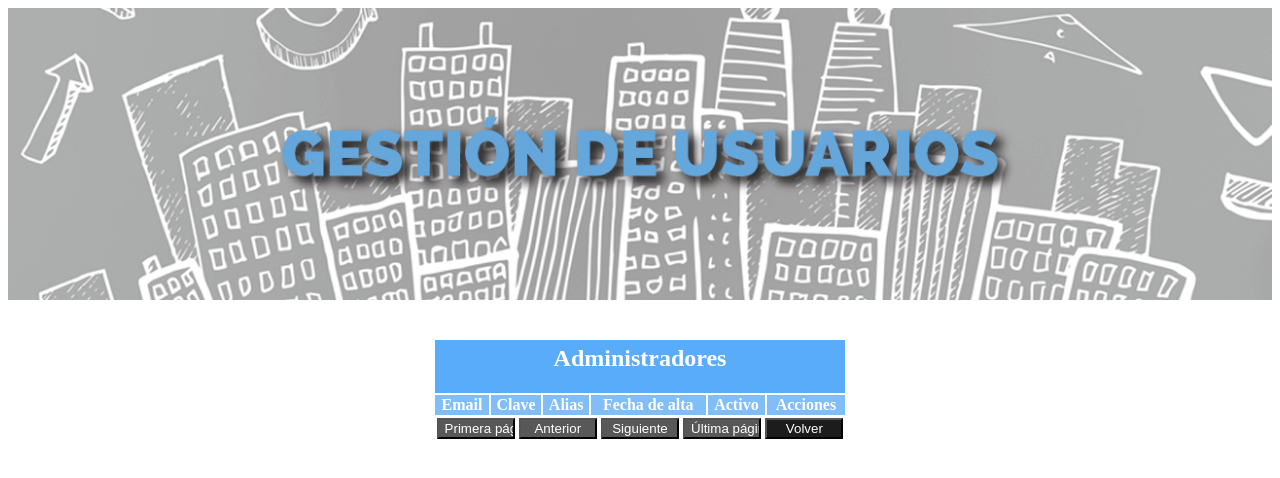
Repository: maguria/usuariosmj
Page: http://localhost/usuario/administradores.php?page=1
The author's editor kept a record of every edit. The page is drawn from the files as they stood at one moment, then again after the next edit.
The browser window is 1280 px wide. The pictures show the whole page.
The page is run by PHP 8.4 with error messages shown; the project is at /var/www/html/. Queries for data that is not in the repository find no rows.

Above is the page before.

### usuario/administradores.php
<?php
    require '../clases/AutoCarga.php';
    $sesion=new Session();
    $bd = new Database();
    $gestor=new ManageUsuario($bd);
    $page=  Request::get('page');
    if($page===null || $page===""){
        $page=1;
    }
    $registros=$gestor->count();

    $paginas=ceil($registros /  Contants::NRPP);

    $usuarios=$gestor->getListAdministrador($page);
    $usu=new Usuario();
    $a=Request::get('a');
?>
<html>
    <head>
        <meta charset="UTF-8">
        <link rel="stylesheet" href="../css/main.css"/>
        <title></title>
    </head>
    <body>
        <div class="index">
        <div class="fondo"><img src="../images/fondo.png"/></div>
        <div class="englobaadmin">
            <div class="tabla">
          <table>
                        <th colspan="9" class="th">
                            <h2 class="blanco">Administradores</h2>
                        </th>
                        <tr>
                        <th class="thdos">Email</th>
                        <th class="thdos">Clave</th>
                        <th class="thdos">Alias</th>
                        <th class="thdos">Fecha de alta</th>
                        <th class="thdos">Activo</th>
                        <th colspan="4" class="thdos">Acciones</th>

                        <?php
                            foreach ($usuarios as $indice => $usuario) {

                        ?>
                            <tr>
                                <td>
                                    <?php echo $usuario->getEmail()?>
                                </td>
                                <td>
                                    <?php echo $usuario->getClave(); ?>
                                </td>
                                <td>
                                    <?php echo $usuario->getAlias(); ?>
                                </td>
                                <td>
                                    <?php echo $usuario->getfechaAlta(); ?>
                                </td>
                                <td>
                                    <?php echo $usuario->getActivo(); ?>
                                </td>
                                <td>
                                    <?php echo "<a  href='phpactivausuario.php?email={$usuario->getEmail()}'><input type='button' name='activar' value='Activar' class='botonazul'></a>"; ?>
                                </td>
                                <td>
                                    <?php echo "<a  href='phpdesactivausuario.php?email={$usuario->getEmail()}'><input type='button' name='desactivar' value='Desactivar' class='botonazul'></a>"; ?>
                                </td>
                                <td>
                                    <?php echo "<a  href='phpactivapersonal.php?email={$usuario->getEmail()}'><input type='button' name='activapersonal' value='Personal' class='botonazul'></a>"; ?>
                                </td>


                            </tr>
                            <?php
                        }
                        ?>
                                <tr>
                                    <td colspan="8" class="pagina">
                                        <a href='?page=1'>
                                            <input type="button" name="primera" value="Primera página" class="page" />
                                        </a>
                                        <a href="?page=<?php echo max(1, $page-1); ?>">
                                            <input type="button" name="anterior" value="Anterior" class="page"  />
                                        </a>
                                        <a href="?page=<?php echo min($page+1,$paginas); ?>">
                                            <input type="button" name="siguiente" value="Siguiente" class="page"  />
                                        </a>
                                        <a href="?page=<?php echo $paginas; ?>">
                                            <input type="button" name="ultima" value="Última página" class="page" />
                                        </a>
                                        <a href="pagadministrador.php" class="volver2"><input type="button" name="volver" value="Volver" class="page pagedos" /></a>
                                    </td>
                                </tr>

                    </table>
                    </div>
            </div>
          </div>
    </body>
</html>
<?php
$bd->close();
?>

### clases/AutoCarga.php
<?php


class AutoCarga {

 static public function cargar($clase) {
 $archivo = "../clases/" . str_replace('\\', '/', $clase) . ".php";
 if (file_exists($archivo)) {
 require $archivo;
 }

 }
}
 spl_autoload_register('AutoCarga::cargar');




?>

### clases/Session.php
<?php
class Session {
    private static $iniciada = false;
    function __construct($nombre = null) {
        if (!self::$iniciada){
            if($nombre!=null){
                session_name($nombre);
            }
            session_start();
            //$this->_control();
        }
        self::$iniciada = true;
    }
    private function _control() {
        $ip = $this->get('_ip');
        $cliente = $this->get('_cliente');
        if ($ip == null && $cliente == null) {
            $this->set('_ip', Server::getClientAddress());
            $this->set('_cliente', Server::getUserAgent());
        } else {
            if ($ip != Server::getClientAddress() || $cliente != Server::getUserAgent()) {
                $this->destroy();
            }
        }
    }

    function isLogged(){
        return $this->getUser()!=null;
    }
    function get($nombre) {
        if (isset($_SESSION[$nombre])) {
            return $_SESSION[$nombre];
        }
        return null;
    }

    function getUser(){
        return $this->get("_usuario");
    }
    function set($nombre, $valor) {
        $_SESSION[$nombre] = $valor;
    }
    function setUser(Usuario $usuario){
        $this->set("_usuario", $usuario);
    }

    function delete($nombre) {
        if (isset($_SESSION[$nombre])) {
            unset($_SESSION[$nombre]);
        }
    }
    function destroy() {
        session_destroy();
    }
    //El segundo parametro nos manda al sitio y hacemos un exit
    function sendRedirect($destino = "index.php", $final = true){
        header("Location: $destino");
        if($final ===true){
            exit();
        }
    }
    function getPacienteSas(){
        $this->get("_paciente");
    }
    function setPacienteSas(PacienteSas $pacienteSas){
        $this->set("_pacienteSas",$pacienteSas);
    }


}

### clases/Database.php
<?php

/*
 Metodos:
 Constructor;
 SentenciaSql/query/insert/update/delete;
 Cerrar;
 getCount;
 getID;
 getRow;
 */

class Database {
    private $conexion, $consulta;

    function __construct() {
        try {
    $this->conexion = new PDO(
            'mysql:host=' . Contants::SERVER . ';' .
            'dbname=' . Contants::DATABASE, Contants::DBUSER,  Contants::DBPASS, array(
        PDO::ATTR_PERSISTENT => true,
        PDO::MYSQL_ATTR_INIT_COMMAND => 'set names utf8')
    );
    } catch (PDOException $e) {
    //Esta parte hay que trabajarla
    var_dump($e);
    echo 'no se ha podido conectar';
    exit();
    }
    }

    function close(){
        $this->conexion = null;
    }

    function getCount(){
        return $this->consulta->rowCount();
    }

    function getID(){
        return $this->conexion->lastInsertId();
    }

    function getErrorConection(){
        return $this->conexion->errorInfo();
    }

    function getErrorSql(){
        return $this->consulta->errorInfo();
    }

    function send($sql, $parametros=array()){
        $this->consulta = $this->conexion->prepare($sql);
        foreach ($parametros as $nombreParametro => $valorParametro) {
            $this->consulta->bindValue($nombreParametro, $valorParametro);
        }
        return $this->consulta->execute();
    }

    function getRow(){
        $r = $this->consulta->fetch();
        if($r===null){
            $this->consulta->closeCursor();
        }
        return $r;
    }
    //Para saber el número de registros que tengo en mi tabla
    function count($tabla, $condicion="1=1", $parametros=array()){
        $sql="select count(*) from $tabla where $condicion";
        $this->send($sql, $parametros);
        $fila=$this->getRow();
        return $fila[0];
    }

    function erase($table, $condicion, $parametros = array()){
        //delete from TABLA where CONDICION
        $sql = "delete from $table where $condicion";
        if($this->send($sql, $parametros)){
            return $this->getCount();
        }
        return false;
    }

    function delete($table, $parametros = array() ){
        $camposWhere = "";
        foreach ($parametros as $nombreParametro => $valorParametros) {
            $camposWhere .= $nombreParametro. " = :". $nombreParametro. " and ";
        }
        $camposWhere = substr($camposWhere,0, -4);
        //$camposWhere .= "1 = 1";
        $sql = "delete from $table where $camposWhere";
        if($this->send($sql, $parametros)){
            return $this->getCount();
        }
    }


    function insert($table, $parametros=array(), $auto=true){
        //insert into TABLA values (VALORES)
        //insert into TABLA(CAMPOS) values (VALORES)

        $campos = "";
        $valores ="";
        foreach ($parametros as $nombreParametro => $valorParametros) {
            $campos .= $nombreParametro. ",";
            $valores .= ":". $nombreParametro. ",";
        }
        $campos = substr($campos, 0, -1);
        $valores = substr($valores, 0, -1);
         $sql = "insert into $table ($campos) values ($valores)";
         if($this->send($sql, $parametros)){
             if($auto){
                 return $this->getID();
             }
             return $this->getCount();
         }
         return "-1";
    }

    function update($table, $parametrosSet=array(), $parametrosWhere = array()){
        //update TABLA set VALORES where CONDICION
        //update TABLA set c1=:c1, c2=:c2 where c1=:wc1 and c3=:wc3
        $camposSet = "";
        $camposWhere = "";
        $parametros = array();
        foreach ($parametrosSet as $nombreParametro => $valorParametros) {
            $camposSet .= $nombreParametro. " = :". $nombreParametro. ",";
            $parametros[$nombreParametro]= $valorParametros;
        }
        $camposSet = substr($camposSet, 0, -1);
        foreach ($parametrosWhere as $nombreParametro => $valorParametros) {
            $camposWhere .= $nombreParametro. " = :_". $nombreParametro. " and ";
            $parametros["_".$nombreParametro]= $valorParametros;
        }
        $camposWhere = substr($camposWhere,0, -4);
        //$camposWhere .= "1 = 1";
        $sql = "update $table set $camposSet where $camposWhere";
        if($this->send($sql, $parametros)){
            return $this->getCount();
        }
        return "-1";
    }

    function query($table, $proyeccion="*", $parametros=array(), $orden="1", $limite=""){
        //select CAMPOS from TABLA where CONDICION order by ORDEN LIMIT
        //select c1,c2 form  TABLA where c3=:c3 and c4=:c4 order by c2 desc,c1 limit 8,15
        $campos = "";
        foreach ($parametros as $nombreParametro => $valorParametros) {
            $campos .= $nombreParametro. " = :". $nombreParametro. " and ";
        }
        $campos .= "1 = 1";
        //$campos = substr($campos,0, -4);
        $limit = "";
        if($limite!==""){
            $limit = "limit $limite";
        }
        $sql = "select $proyeccion from $table where $campos order by $orden $limit";

        return $this->send($sql, $parametros);

        }

        function select($table, $proyeccion="*", $condicion= "1=1", $parametros=array(), $orden="1", $limite=""){
            $limit = "";
            if($limite!==""){
                $limit = "limit $limite";
            }
            $sql = "select $proyeccion from $table where $condicion order by $orden $limit";
            return $this->send($sql, $parametros);
        }


}

### clases/Contants.php
<?php

class Contants {
    const DATABASE="usuarios";
    const SERVER="localhost";
    const DBUSER="root";
    const DBPASS="";
    //Nª de registros por página
    const NRPP=5;

    const FROM="maguria@gmail.com";
    const ALIAS="mj";

     const SEMILLA="Tomates verdes fritos";
}

### clases/ManageUsuario.php
<?php

class ManageUsuario {
    private $bd = null;
    private $tabla = "usuario";

    function __construct(DataBase $bd) {
        $this->bd = $bd;
    }

    function get($email){
        $parametros = array();
        $parametros['email']=$email;
        $this->bd->select($this->tabla, "*", "email = :email",$parametros );
        $row = $this->bd->getRow();
        $usuario = new Usuario();
        $usuario->set($row);
        return $usuario;
    }

    function delete($email){
        $parametros=array();
        $parametros["email"]=$email;
        return $this->bd->delete($this->tabla, $parametros);
    }

    function getUsuarioTrue($email,$clave){
        $parametros=array();
        $parametros["email"]=$email;
        $parametros["clave"]=$clave;
        $this->bd->select($this->tabla,"count(*)","email=:email and clave=:clave and activo=1",$parametros,"email");
        $fila= $this->bd->getRow();
        return $fila[0];
    }
    function esAdmin($email,$clave){
        $parametros=array();
        $parametros["email"]=$email;
        $parametros["clave"]=$clave;
        $this->bd->select($this->tabla,"count(*)","email=:email and clave=:clave and activo=1 and administrador=1",$parametros,"email");
        $fila= $this->bd->getRow();
        return $fila[0];
    }
     function esPersonal($email,$clave){
        $parametros=array();
        $parametros["email"]=$email;
        $parametros["clave"]=$clave;
        $this->bd->select($this->tabla,"count(*)","email=:email and clave=:clave and activo=1 and administrador=0 and personal=1",$parametros,"email");
        $fila= $this->bd->getRow();
        return $fila[0];
    }



    function erase(Usuario $usuario){
        return $this->delete($usuario->getEmail());
    }

    function setEm(Usuario $usuario,$pkemail){
        $parametrosWhere=array();
        $parametrosWhere["email"]=$pkemail;
        return $this->bd->update($this->tabla, $usuario->getGenerico(), $parametrosWhere);
    }
    function set(Usuario $usuario){
        $parametrosWhere=array();
        $parametrosWhere["email"]=$usuario->getEmail();
        return $this->bd->update($this->tabla, $usuario->getGenerico(), $parametrosWhere);
    }

    function insert(Usuario $usuario){
        //inserta un objeto y devuelve el ID
        return $this->bd->insert($this->tabla, $usuario->getGenerico());
    }
    /*function insert(Usuario $usuario){
        //inserta un objeto y devuelve el ID
        $parametros=array();
        $parametros["email"]=$usuario->getEmail();
        $parametros["clave"]=$usuario->getClave();
        $parametros["alias"]=$usuario->getAlias();
        $parametros["fechaalta"]=$usuario->getFechaalta();
        $parametros["activo"]=$usuario->getActivo();
        $parametros["administrador"]=$usuario->getAdministrador();
        $parametros["personal"]=$usuario->getPersonal();
        return $this->bd->insert($this->tabla, $parametros);
    }*/


    function count($condicion="1=1", $parametros=array()){
        return $this->bd->count($this->tabla, $condicion, $parametros);
    }

    function getListUsuarios($pagina=1,$orden="",$nrpp=Contants::NRPP){

        $ordenPredeterminado="$orden, email";
        if($orden==="" || $orden===null){
             $ordenPredeterminado="email";
        }

        $registroInicial=($pagina-1)*$nrpp;
        $this->bd->select($this->tabla, "*", "administrador=0 and personal=0", array(), $ordenPredeterminado,"$registroInicial,$nrpp");
        $r=array();
        /*El 1,10 del ultimo parametro es el limite de registros por pagina*/

        while($row = $this->bd->getRow()){
            $usuario = new Usuario();
            $usuario->set($row);
            $r[]=$usuario;
        }
        return $r;
    }

     function getListPersonal($pagina=1,$orden="",$nrpp=Contants::NRPP){

        $ordenPredeterminado="$orden, email";
        if($orden==="" || $orden===null){
             $ordenPredeterminado="email";
        }

        $registroInicial=($pagina-1)*$nrpp;
        $this->bd->select($this->tabla, "*", "administrador=0 and personal=1", array(), $ordenPredeterminado,"$registroInicial,$nrpp");
        $r=array();
        /*El 1,10 del ultimo parametro es el limite de registros por pagina*/

        while($row = $this->bd->getRow()){
            $usuario = new Usuario();
            $usuario->set($row);
            $r[]=$usuario;
        }
        return $r;
    }

     function getListAdministrador($pagina=1,$orden="",$nrpp=Contants::NRPP){

        $ordenPredeterminado="$orden, email";
        if($orden==="" || $orden===null){
             $ordenPredeterminado="email";
        }

        $registroInicial=($pagina-1)*$nrpp;
        $this->bd->select($this->tabla, "*", "administrador=1", array(), $ordenPredeterminado,"$registroInicial,$nrpp");
        $r=array();
        /*El 1,10 del ultimo parametro es el limite de registros por pagina*/

        while($row = $this->bd->getRow()){
            $usuario = new Usuario();
            $usuario->set($row);
            $r[]=$usuario;
        }
        return $r;
    }


    function getValueSelect(){
        //$table, $proyeccion="*", $parametros=array(), $orden="1", $limite=""
        $this->bd->query($this->tabla, "email", array(), "email");
        $array =array();
        while ($row=  $this->bd->getRow()){
            $array[$row[0]]=$row[1];
        }
        return $array;
    }

}

?>

### clases/Request.php
<?php


class Request {

    //Si le pasamos un false a filtrar es para que no me filtre

    static function get($nombre,$filtrar=true, $indice=null) {
        if(isset($_GET[$nombre])){
           return self::read($_GET[$nombre],$filtrar,$indice);
        }

        return null;   //Porque es el único valor que no se puede pasar
    }



    static function post($nombre,$filtrar=null,$indice=null){
        if(isset($_POST[$nombre]))
        {
            return self::read($_POST[$nombre],$filtrar,$indice);
        }

        return null;   //Porque es el único valor que no se puede pasar
    }


    //Ahora haremos un metodo que nos lea tanto si es post como get

    static function req($nombre,$indice=null){
        $valor=self::post($nombre,$indice);

        if($valor!==null)
        {
            return $valor;

        }
       return self::get($nombre,$indice);
     }

     //Para filtrar y limpiar el valor que llegue. Por ejemplo, si llega un <script>...</script>

     private static function clean($valor,$filtrar){
         if($filtrar===true){
         return htmlspecialchars($valor);
         }
         //trim quita espacios iniciales y finales
         return trim($valor);
     }


     //Aqui llegara un $_GET[nombre] o $_POST[nombre]. Vamos a unificar el metodo

     private static function read($parametro,$filtrar=true,$indice=null){
             if(is_array($parametro)){

              if($indice===null) {

               $array=array();

               foreach($parametro as $value)
               {
                   $array[]=self::clean($value,$filtrar);
               }
               return $array;

            }
            else{
                if(isset($parametro[$indice])) {
                    return self::clean($parametro[$indice],$filtrar);
                }
            }
            }
            else{
               return self::clean($parametro,$filtrar);
        }

    }
}

### clases/Usuario.php
<?php

class Usuario{
    private $email, $clave, $alias, $fechaalta,$activo, $administrador, $personal;


    function __construct($email=null, $clave=null, $alias=null, $fechaalta=null, $activo=0, $administrador=0, $personal=0) {
        $this->email = $email;
        $this->clave = $clave;
        $this->alias = $alias;
        $this->fechaalta = $fechaalta;
        $this->activo = $activo;
        $this->administrador = $administrador;
        $this->personal = $personal;
    }

    function getEmail() {
        return $this->email;
    }

    function getClave() {
        return $this->clave;
    }

    function getAlias() {
        return $this->email;
    }

    function getFechaalta() {
        $time=time();
        return date("Y-m-d ", $time);

    }

    function getActivo() {
        return $this->activo;
    }

    function getAdministrador() {
        return $this->administrador;
    }

    function getPersonal() {
        return $this->personal;
    }

    function setEmail($email) {
        $this->email = $email;
    }

    function setClave($clave) {
        $this->clave = $clave;
    }

    function setAlias($alias) {
        $this->alias = $alias;
    }

    function setFechaalta($fechaalta) {
        $this->fechaalta = $fechaalta;
    }

    function setActivo($activo) {
        $this->activo = $activo;
    }

    function setAdministrador($administrador) {
        $this->administrador = $administrador;
    }

    function setPersonal($personal) {
        $this->personal = $personal;
    }


    function set($valores, $inicio=0){
        $i=0;
        foreach ($this as $indice => $valor) {
            $this->$indice=$valores[$i+$inicio];
            $i++;
        }
    }

    function getGenerico(){
        $array = array();
        foreach ($this as $indice => $valor) {
            $array[$indice]=$valor;
        }
        return $array;
    }

    public function __toString() {
        $r ="";
        foreach ($this as $key => $valor) {
            $r .= "$valor ";
        }
        return $r;
    }

    //Con este método, del tirón, leo el objeto entero. Lee todos los parámetros, y ya los tiene preparados
    function read(){
        foreach ($this as $key=> $valor) {
            $this->$key= Request::req($key);
        }
    }
    function getTrozo($email){
        $pos= strpos($email,"@");
        $cad=  substr($email, 0,$pos);
        return $cad;
    }
}

### css/main.css
@font-face {
    font-family:'socialshapes';
    src: url(../tipografia/socialshapes.ttf);
}

.body{
    width:90%;
}

.index{
    text-align:center;
    width:100%;
}
.fondo{
    width:100%;
}

.fondo img{
    width:100%;
}

.formu{
    width:33%;
    margin-top:2%;
    float:left;
}
.grande{
    width:140px;
    height:50px;
    background-color:#58ACFA;
    color:white;
}

.enviar{
    width:120px;
    height:40px;
    background-color:#6E6E6E;
    color:white;
}
a{
    text-decoration:none;
    color:#58ACFA;
    font-weight:bold;
}
h2{
    color:#58ACFA;
}

.englobaadmin{
    width:100%;
    text-align:center;
    display:flex;
    justify-content:center;
}
.ad{
    width:25%;
    float:left;
}
.adper{
    width:33%;
    float:left;
}
.sesion{
    background-color:#424242;
    color:white;
    width:120px;
    height:40px;
}

.pagina{
    text-align:center;
}
.page{
    width:19.2%;
    background-color:#585858;
    color:white;
}
.pagedos{
    background-color:#1C1C1C;
}

.th{
    background-color:#58ACFA;
    color:white;
}

.blanco{
    color:white;
    margin-top:1%;
}

.thdos{
    background-color:#81BEF7;
    color:white;
}
.botonazul{
    background-color:#A9D0F5;
    color:#424242;
}
.tabla{
    float:left;
    margin-top:3%;
    background-color:100%;
}

.adusu{
    width:50%;
    float:left;
}

h3{
    color:#585858;
}
.google{
    display:flex;
    justify-content:center;
    width:100%;
    text-align:center;
}
.redes{
    font-family:'socialshapes';
    font-size:2.5em;
    color:black;
}
input{
    background-color:#D8D8D8;
}
.centratabla{
    display:flex;
    justify-content:center;
    flex-flow:row wrap;

}
.tb{
    width:100%;
}
.foto{
    width:80%;
    height:120px;
    margin-top:3%;
}
.foto img{
    width:70%;
}
.capafoto{
    width:45%;
    float:left;
}

After the next edit:
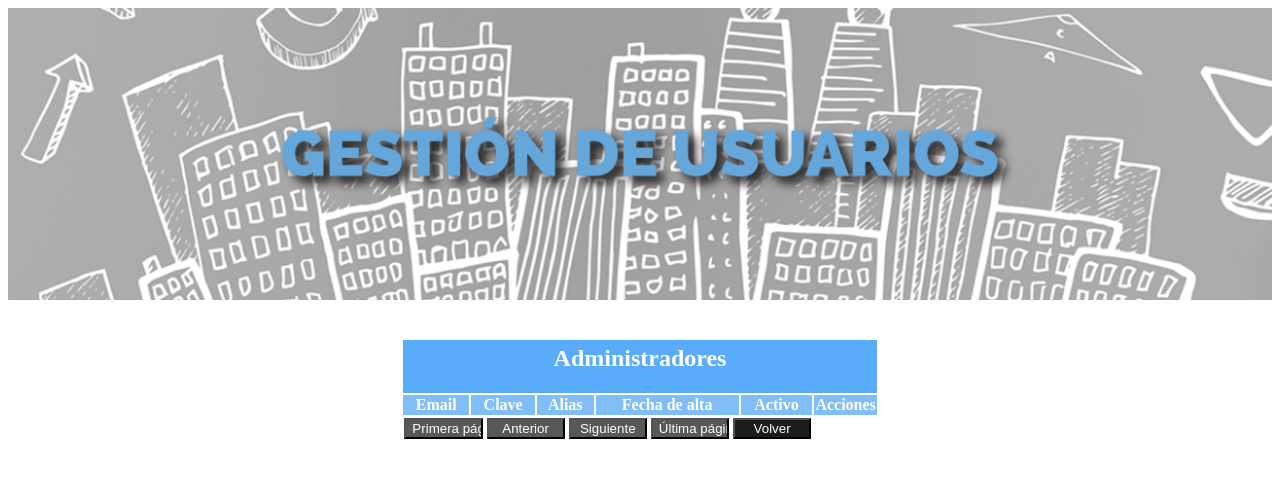
The edit:
--- a/usuario/administradores.php
+++ b/usuario/administradores.php
@@ -58,15 +58,7 @@
                                 <td>
                                     <?php echo $usuario->getActivo(); ?>
                                 </td>
-                                <td>
-                                    <?php echo "<a  href='phpactivausuario.php?email={$usuario->getEmail()}'><input type='button' name='activar' value='Activar' class='botonazul'></a>"; ?>
-                                </td>
-                                <td>
-                                    <?php echo "<a  href='phpdesactivausuario.php?email={$usuario->getEmail()}'><input type='button' name='desactivar' value='Desactivar' class='botonazul'></a>"; ?>
-                                </td>
-                                <td>
-                                    <?php echo "<a  href='phpactivapersonal.php?email={$usuario->getEmail()}'><input type='button' name='activapersonal' value='Personal' class='botonazul'></a>"; ?>
-                                </td>
+
 
 
                             </tr>
@@ -74,7 +66,7 @@
                         }
                         ?>
                                 <tr>
-                                    <td colspan="8" class="pagina">
+                                    <td colspan="5" class="pagina">
                                         <a href='?page=1'>
                                             <input type="button" name="primera" value="Primera página" class="page" />
                                         </a>
